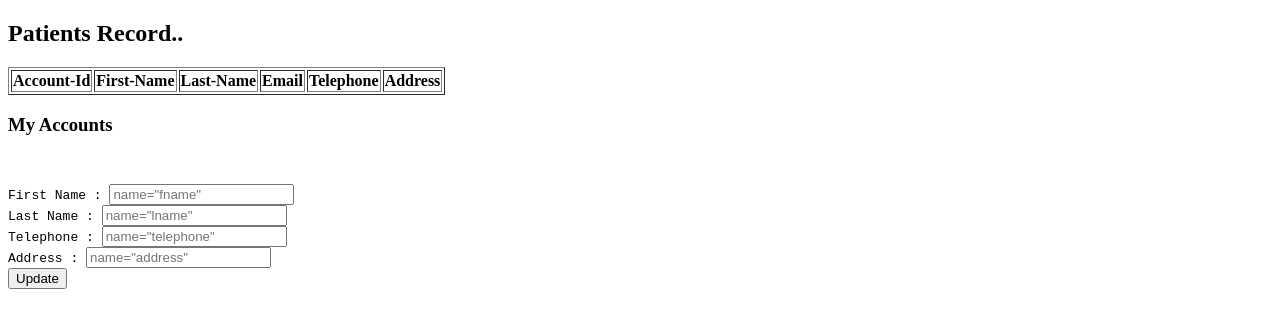
Repository: anujsoni10001/JSP-Servlet
Page: http://localhost/Minor/staff-patient.jsp
The author's editor kept a copy of each file at every save. The page is drawn from the files as they stood at one save, then again after the next save.
The browser window is 1280 px wide. The pictures show the whole page.
The page is served by Tomcat 9. Queries for data that is not in the repository find no rows.

Above is the page before, as saved 2019-03-23 05:31:11.

After the next save:
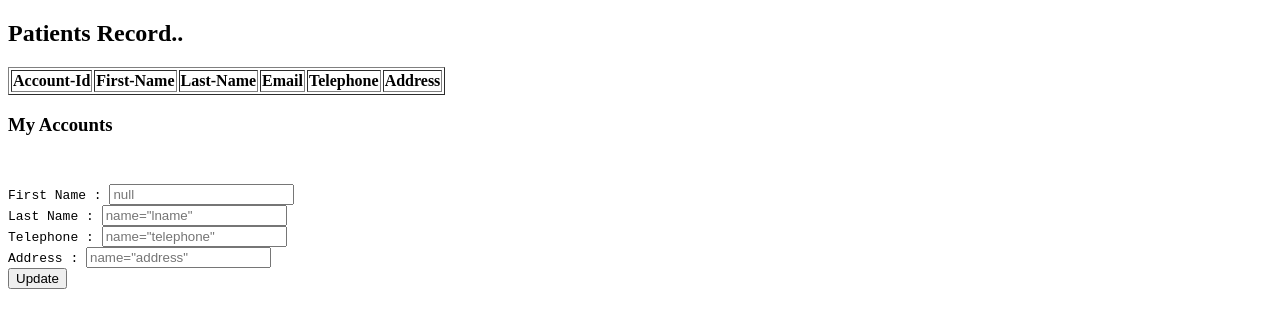
Saved 19 s later.
--- a/FinalProject/minor - Copy/Minor/WebContent/staff-patient2.jsp
+++ b/FinalProject/minor - Copy/Minor/WebContent/staff-patient2.jsp
@@ -21,7 +21,7 @@ String address=request.getParameter("address");
 <pre>
 <form action="UpdateStafPatient">
 <input type="hidden" value=<%=a_id%>>
-First Name : <input type="text" placeholder= name="fname">
+First Name : <input type="text" placeholder=<%=fname%> name="fname">
 Last Name : <input type="text" placeholder=name="lname">
 Telephone : <input type="text" placeholder=name="telephone">
 Address : <input type="text" placeholder= name="address">
